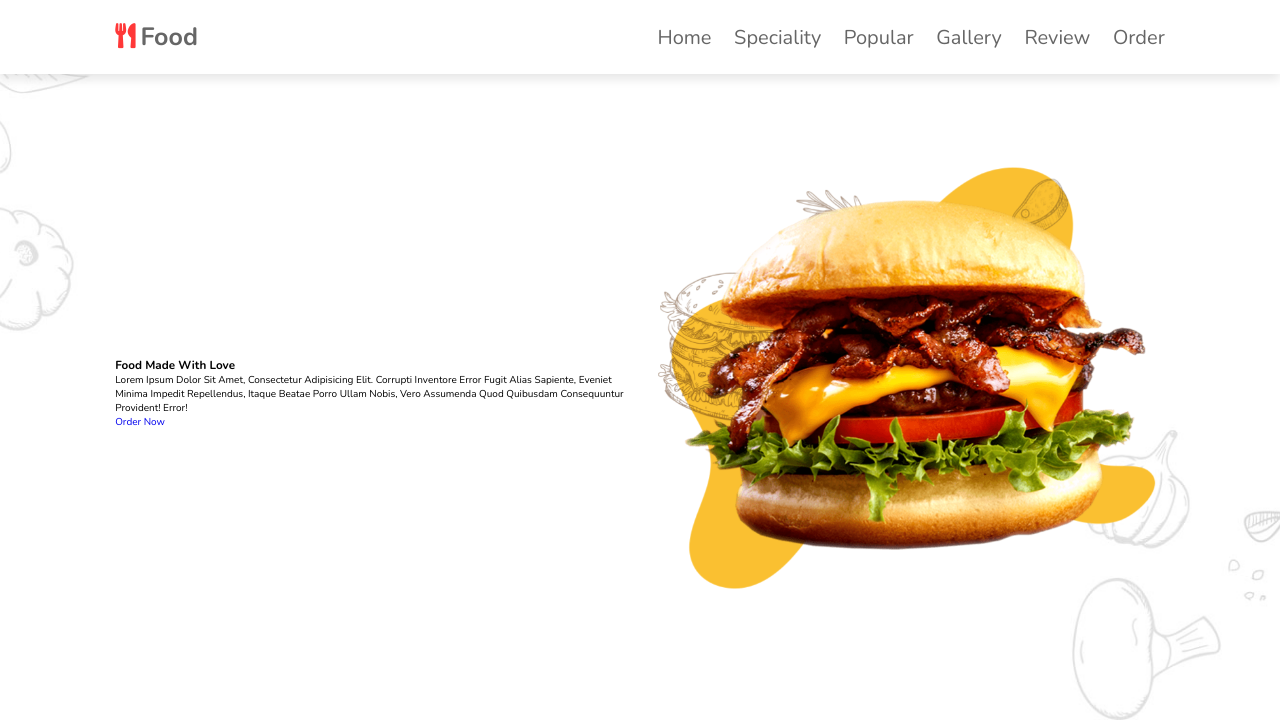
Repository: ManhTanVN/food
Page: index.html
These files come from the project's save history. The page is drawn as it stood at one moment and after the next save; the edit follows.
The browser window is 1280 px wide. The pictures show the whole page.
The style sheet was rebuilt from its Sass, Less or Tailwind sources for each picture, by a compiler version that may differ from the author's.

Above is the page before, as saved 2021-08-29 15:08:29.

After the next save:
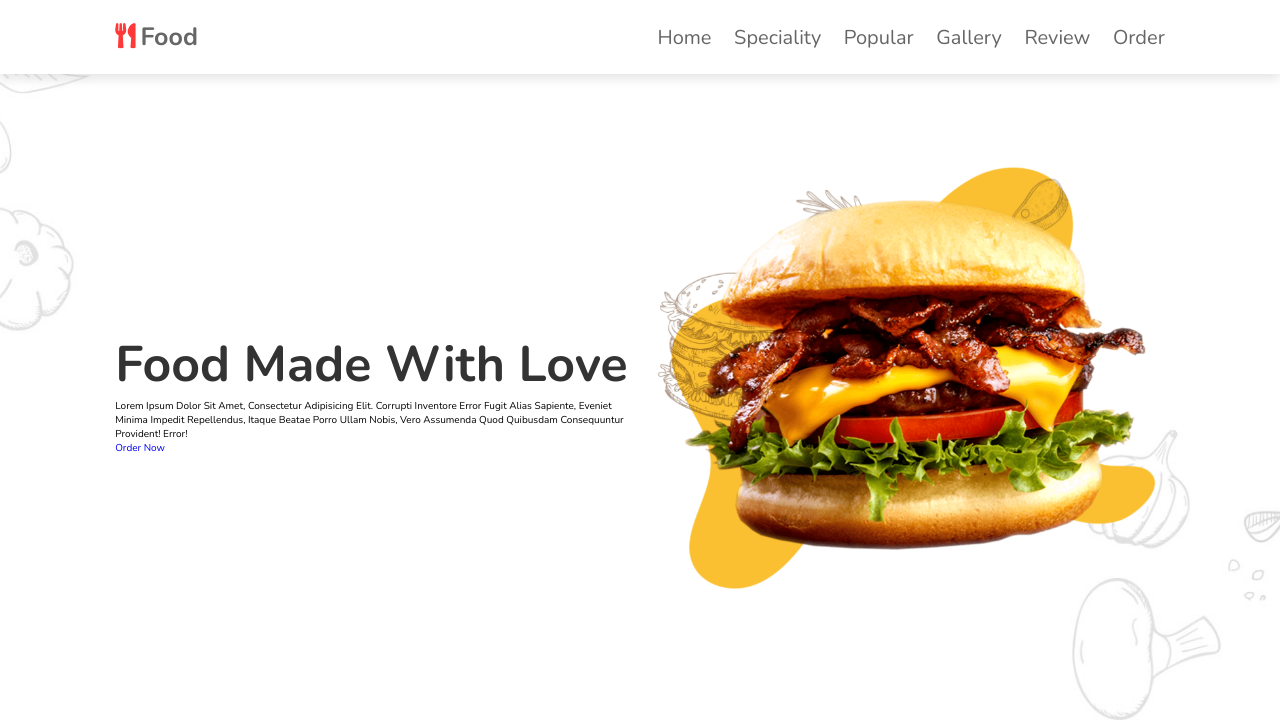
Saved 75 s later.
--- a/sass/_home.scss
+++ b/sass/_home.scss
@@ -13,6 +13,11 @@
     &__content{
         flex: 1 1 40rem;
         padding-top: 6.5rem;
+
+        & h3{
+            font-size: 5rem;
+            color: #333;
+        }
     }
     &__image {
         flex: 1 1 40rem;
